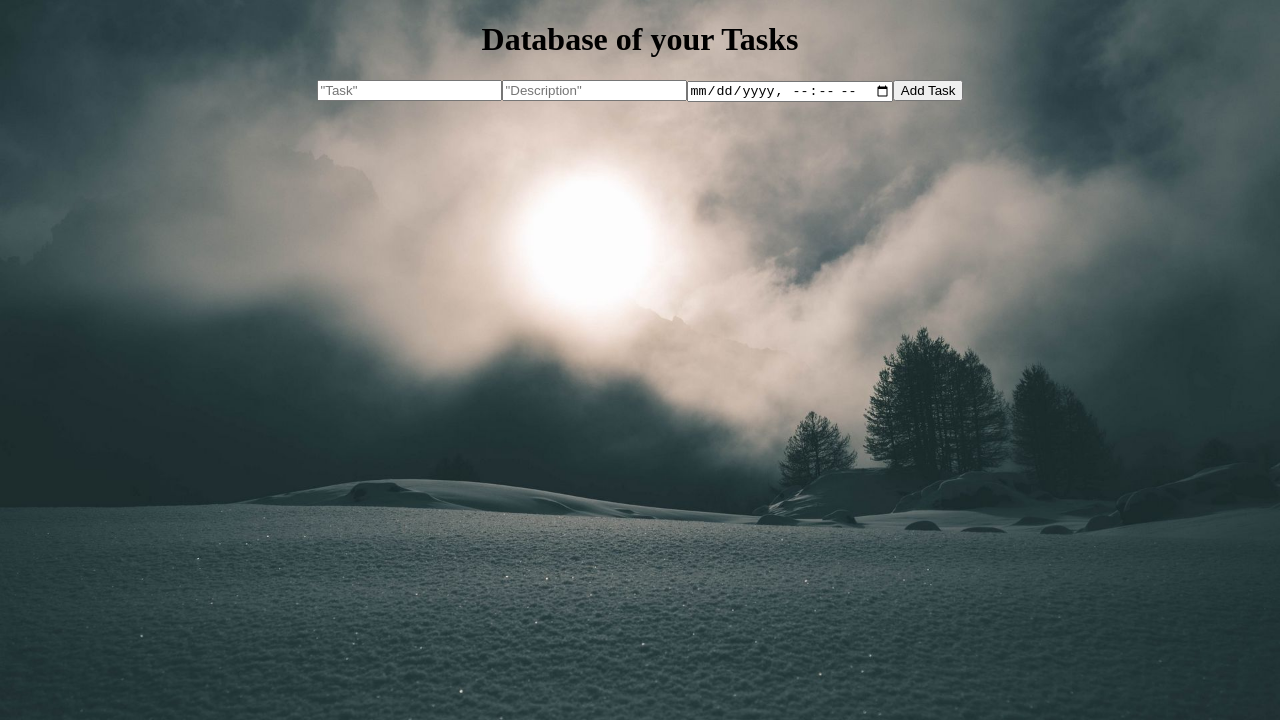
Repository: katjalmarko/React-Developer-Assignment
Page: /
These files come from the project's save history. The page is drawn as it stood at one moment and after a run of saves; the edit follows.
The browser window is 1280 px wide. The pictures show the whole page.
The project was rebuilt for these pictures with package versions that can differ from the ones it lists, and the page was loaded fresh each time.

Above is the page before, as saved 2023-03-10 13:07:33.

### public/index.html
<!DOCTYPE html>
<html lang="en">
  <head>
    <meta charset="utf-8" />
    <link rel="icon" href="%PUBLIC_URL%/favicon.ico" />
    <meta name="viewport" content="width=device-width, initial-scale=1" />
    <meta name="theme-color" content="#000000" />
    <meta
      name="description"
      content="Web site created using create-react-app"
    />
    <link rel="apple-touch-icon" href="%PUBLIC_URL%/logo192.png" />
    <link rel="manifest" href="%PUBLIC_URL%/manifest.json" />
    <title>Assignment - (Katjal M.)</title>
  </head>
  <body>
    <div id="root"></div>
  </body>
</html>

### src/App.tsx
import React from 'react'
import { useState } from 'react';
import './App.css'

interface Todo {
  id: number,
  title: string,
  description: string,
  date: Date,
  completion: boolean,
}

const App = () => {

  const [newTitle, setNewTitle] = useState("")
  const [newDescription, setNewDescription] = useState("")
  const [newDate, setNewDate] = useState("")
  const [toDoList, setToDoList] = useState<Todo[]>([])


  const handleTitle = (e: React.ChangeEvent<HTMLInputElement>) => {
    setNewTitle(e.target.value)
  }

  const handleDescription = (e: React.ChangeEvent<HTMLInputElement>) => {
    setNewDescription(e.target.value)
  }

  const handleDate = (e: React.ChangeEvent<HTMLInputElement>) => {
    setNewDate(e.target.value)
  }

  const addTask = () => {
    const newToDo: Todo = {
      id: toDoList.length === 0 ? 1 : toDoList[toDoList.length - 1].id + 1,
      title: newTitle,
      description: newDescription,
      date: new Date(newDate),
      completion: false,
    };
    setToDoList([...toDoList, newToDo]);
    setNewTitle("");
    setNewDescription("");
    setNewDate("");
  }

  const confirmTask = (e: React.FormEvent<HTMLFormElement>) => {
    e.preventDefault();
  }

  const deleteTask = (id: number) => {
    const filteredToDos = toDoList.filter((task) => task.id !== id)
    setToDoList(filteredToDos)
  }

  const completeTask = (id: number) => {
    const completedToDos = toDoList.map((task) => {
      if (task.id === id) {
        task.completion = !task.completion
      }
      return task;
    })
    setToDoList(completedToDos)
  }

  return (
    <div className='App'>

      <h1>Database of your Tasks</h1>

      <form onSubmit={confirmTask}>
      <input type="text"
             value={newTitle}
             placeholder='"Task"'
             onChange={handleTitle}
             />
      <input type="text"
             value={newDescription}
             placeholder='"Description"'
             onChange={handleDescription}
             />
      <input type="datetime-local"
             value={newDate}
             placeholder={"Set Date"}
             onChange={handleDate}
             />
      <button onClick={addTask}>
        Add Task
      </button>
      </form>

      <div>

        {toDoList.map((task) => {
          return (
            <div className={`task ${task.completion ? "completed" : ""}`}>
              <h1>{task.title}</h1>
              <p>{task.description}</p>
              <p>{task.date.toLocaleString()}</p>
              <button onClick={() => deleteTask(task.id)}>
                X
              </button>
              <button onClick={() => completeTask(task.id)}>
                Completed
              </button>
            </div>
        )})}

      </div>
    </div>
  );
}

export default App

### src/App.css


body {
  background-image: url(./images/bckgrnd.jpg);
  background-size: cover;
  background-attachment: fixed;
}

.App {
  text-align: center;
}

.App-logo {
  height: 40vmin;
  pointer-events: none;
}

@media (prefers-reduced-motion: no-preference) {
  .App-logo {
    animation: App-logo-spin infinite 20s linear;
  }
}

.App-header {
  background-color: #282c34;
  min-height: 100vh;
  display: flex;
  flex-direction: column;
  align-items: center;
  justify-content: center;
  font-size: calc(10px + 2vmin);
  color: white;
}

.App-link {
  color: #61dafb;
}

@keyframes App-logo-spin {
  from {
    transform: rotate(0deg);
  }
  to {
    transform: rotate(360deg);
  }
}

.task.completed {
  color: green;
}

Loaded but not shown: src/index.tsx (common file)

After the next 2 saves:
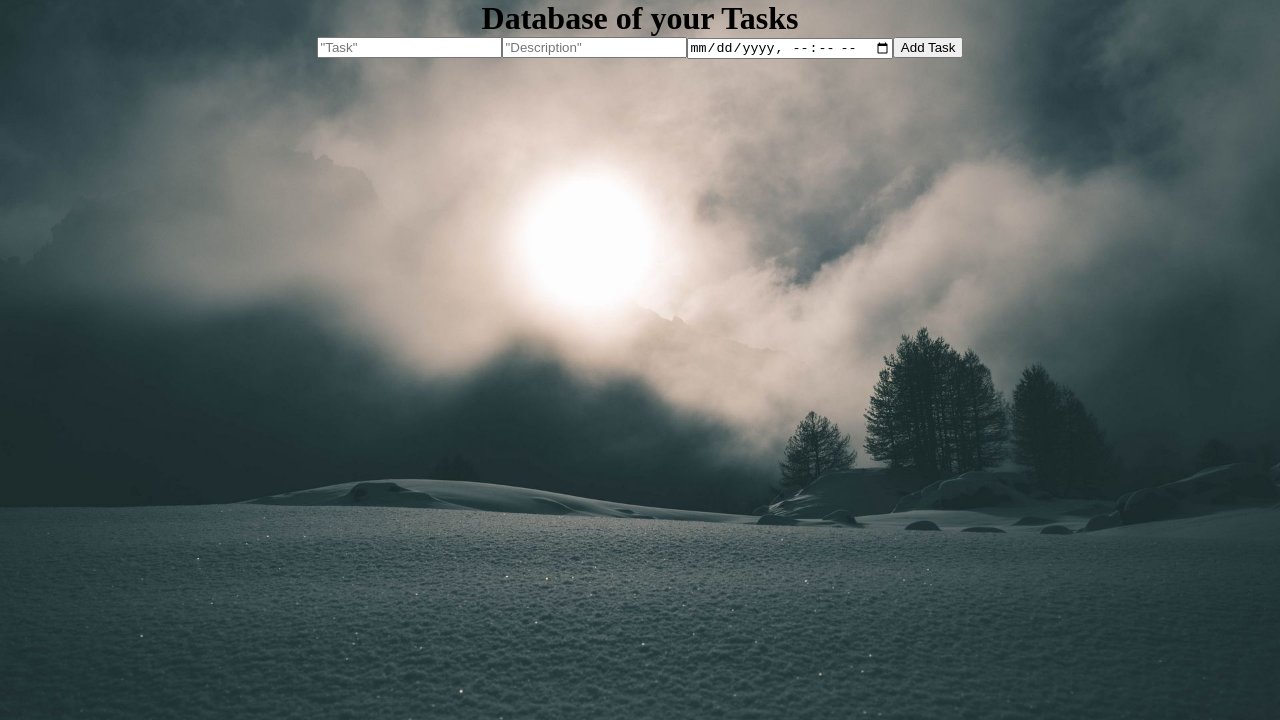
The 2 saves are shown as one change because they came seconds apart.
The last was saved 8 s later.
--- a/src/App.css
+++ b/src/App.css
@@ -1,4 +1,6 @@
-
+*{
+  margin: 0;
+}
 
 body {
   background-image: url(./images/bckgrnd.jpg);

After the 3 saves that followed:
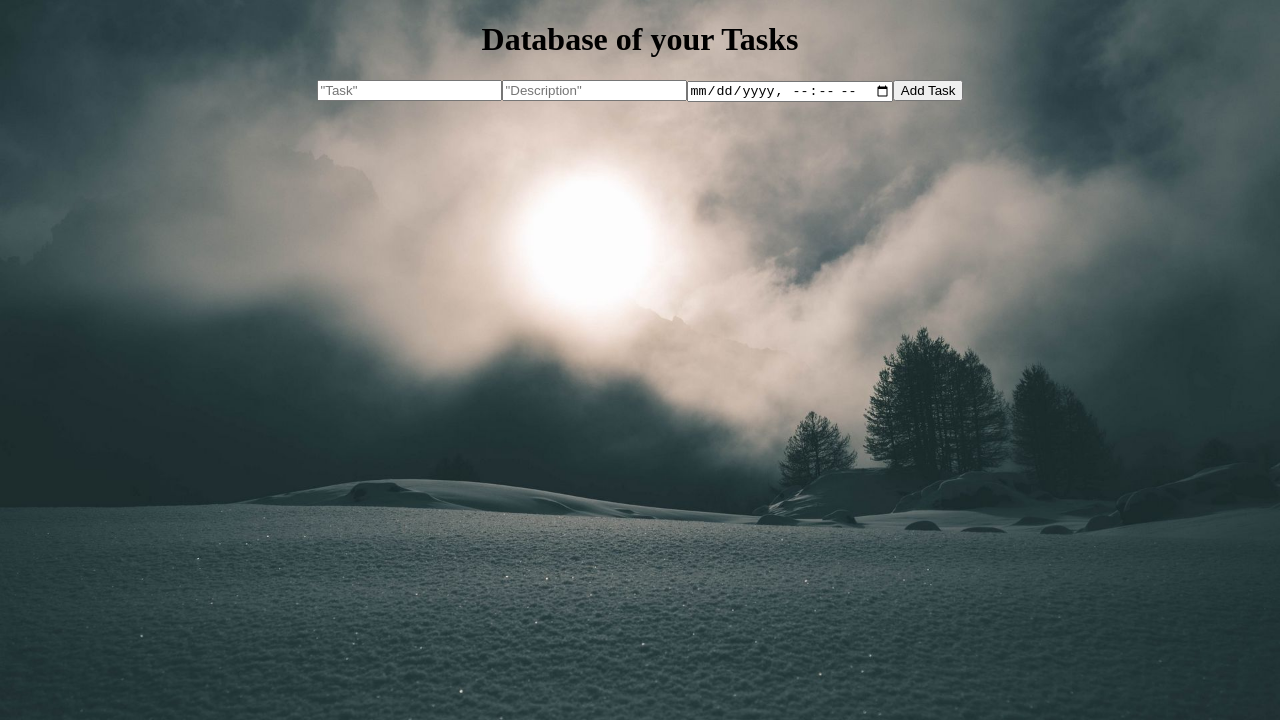
The 3 saves are shown as one change because 1 left the picture as it was and some came seconds apart.
The last was saved 22 s later.
--- a/src/App.css
+++ b/src/App.css
@@ -1,6 +1,6 @@
-*{
+/* *{
   margin: 0;
-}
+} */
 
 body {
   background-image: url(./images/bckgrnd.jpg);
